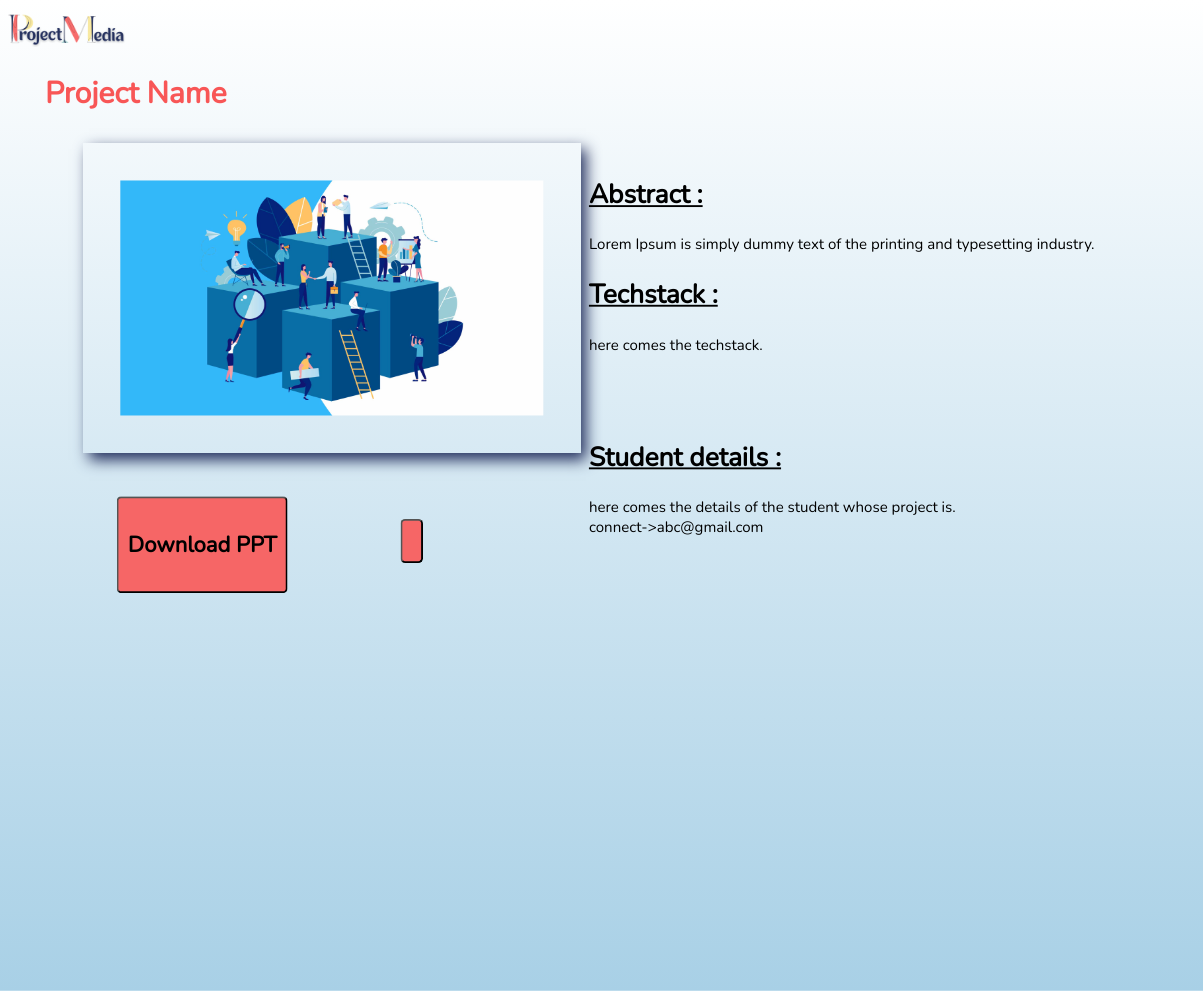
Repository: Sanskriti002/Projectpage
Page: index.html
These files come from the project's save history. The page is drawn as it stood at one moment and after the next save; the edit follows.
The browser window is 1280 px wide. The pictures show the whole page, at 94% of full size.

Above is the page before, as saved 2023-09-21 11:56:29.

After the next save:
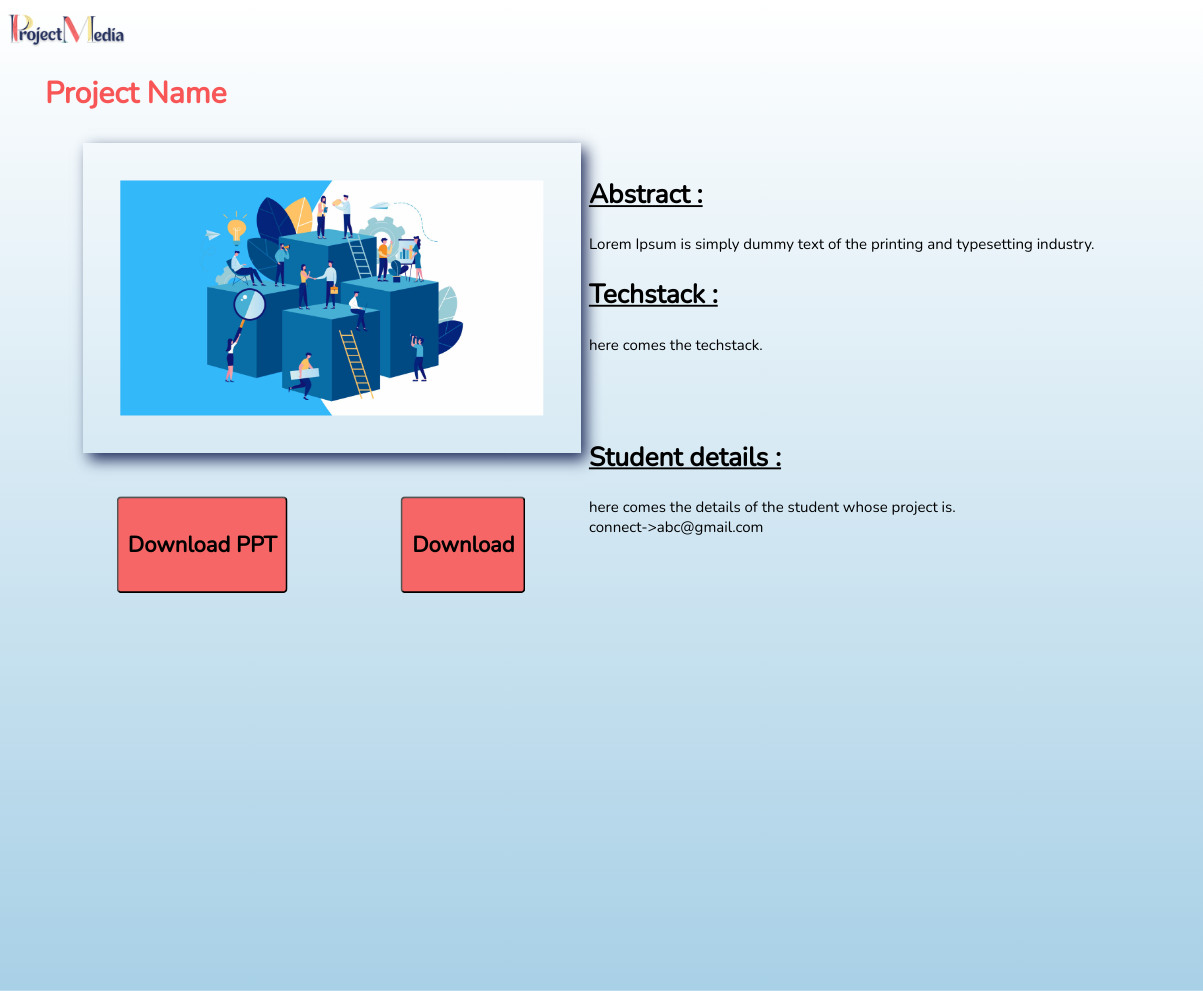
Saved 5 s later.
--- a/index.html
+++ b/index.html
@@ -21,7 +21,7 @@
     </section>
     <section>
         <button type="button" class="btn" onclick="alert('Downloaded')"> <h3>Download PPT</h3></button>
-        <button type="button" class="btn" onclick="alert('Downloaded')"><h3></h3></button>
+        <button type="button" class="btn" onclick="alert('Downloaded')"><h3>Download </h3></button>
     </section>
     <section class="content">
         <h2><u>Abstract :</u></h2></h2>
